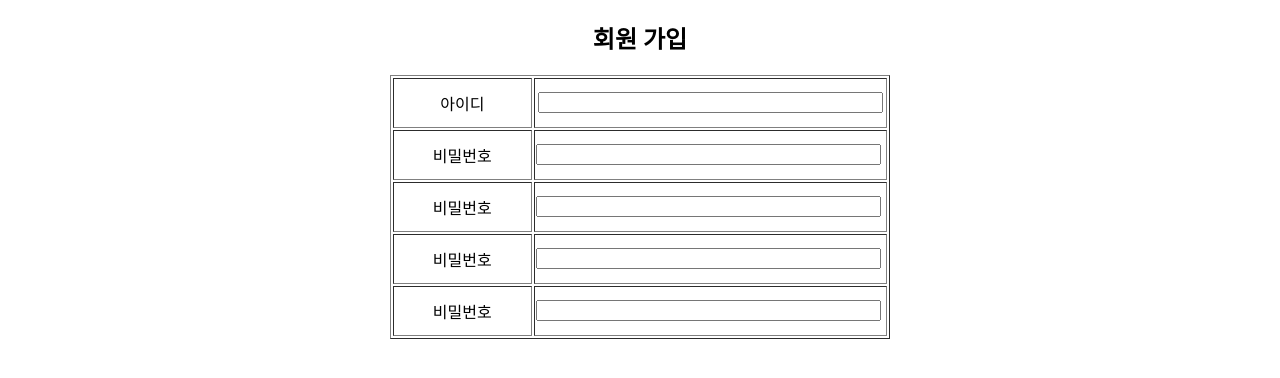
Repository: SuperHamzzi/JSPStudy
Page: http://localhost/JSP01/RequestJoin.jsp
These files come from the project's save history. The page is drawn as it stood at one moment and after the next save; the edit follows.
The browser window is 1280 px wide. The pictures show the whole page.
The page is served by Tomcat 9.

Above is the page before, as saved 2023-06-04 09:54:33.

### JSP01/WebContent/RequestJoin.jsp
<%@ page language="java" contentType="text/html; charset=EUC-KR"
    pageEncoding="EUC-KR"%>
<!DOCTYPE html>
<html>
<head>
<meta charset="EUC-KR">
<title>Insert title here</title>
</head>
<body>

	<center>
	<h2> 회원 가입</h2>
	<form action="RequestJoinProc.jsp" method="post">
	<table width="500" border="1">
	<tr height="50">
		<td width="150" align="center"> 아이디</td>
		<td width="350" align="center" >
		<input type="text" name="id" size="40">
		</td>
	</tr>
	<tr height="50">
		<td width="150" align="center"> 비밀번호</td>
		<td width="350">
		<input type="password" align="center" name="pass" size="40">
		</td>
	</tr>
	<tr height="50">
		<td width="150" align="center"> 비밀번호</td>
		<td width="350">
		<input type="text" align="center" name="id" size="40">
		</td>
	</tr>
	<tr height="50">
		<td width="150" align="center"> 비밀번호</td>
		<td width="350">
		<input type="text" align="center" name="id" size="40">
		</td>
	</tr>
	<tr height="50">
		<td width="150" align="center"> 비밀번호</td>
		<td width="350">
		<input type="text" align="center" name="id" size="40">
		</td>
	</tr>
	</table>
	</form>
	</center>

</body>
</html>

After the next save:
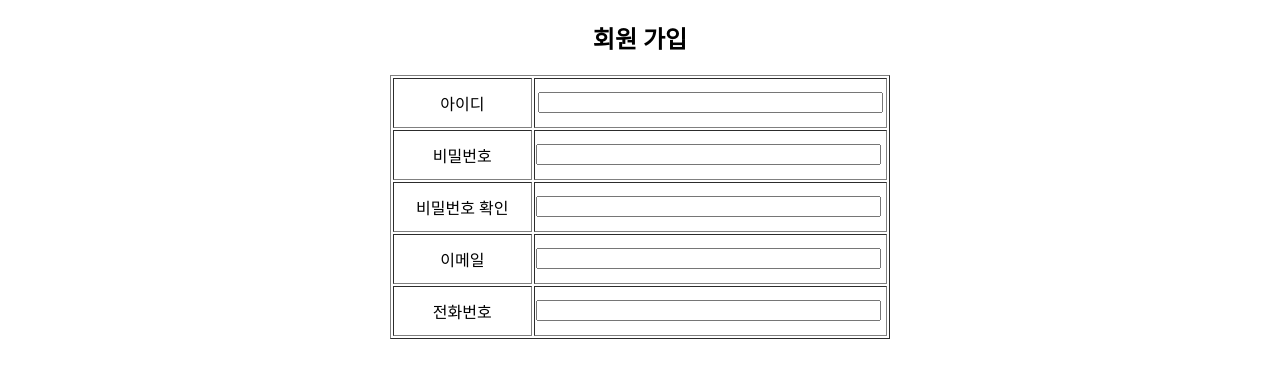
Saved 94 s later.
--- a/JSP01/WebContent/RequestJoin.jsp
+++ b/JSP01/WebContent/RequestJoin.jsp
@@ -25,21 +25,21 @@
 		</td>
 	</tr>
 	<tr height="50">
-		<td width="150" align="center"> 비밀번호</td>
+		<td width="150" align="center"> 비밀번호 확인</td>
 		<td width="350">
-		<input type="text" align="center" name="id" size="40">
+		<input type="password" name="pass2" size="40">
 		</td>
 	</tr>
 	<tr height="50">
-		<td width="150" align="center"> 비밀번호</td>
+		<td width="150" align="center"> 이메일</td>
 		<td width="350">
-		<input type="text" align="center" name="id" size="40">
+		<input type="email" name="email" size="40">
 		</td>
 	</tr>
 	<tr height="50">
-		<td width="150" align="center"> 비밀번호</td>
+		<td width="150" align="center"> 전화번호</td>
 		<td width="350">
-		<input type="text" align="center" name="id" size="40">
+		<input type="text"  name="id" size="40">
 		</td>
 	</tr>
 	</table>
